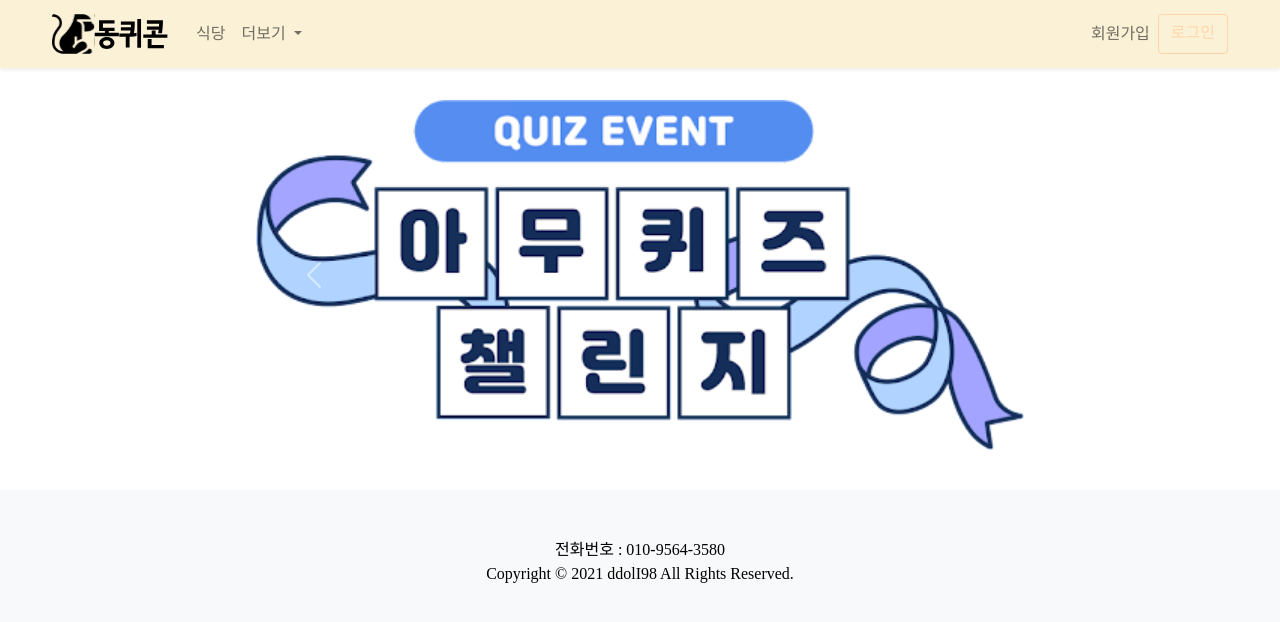
Repository: eogus0512/Quiz_WebProject
Page: http://localhost/Quiz_WebProject/
These files come from the project's save history. The page is drawn as it stood at one moment and after the next save; the edit follows.
The browser window is 1280 px wide. The pictures show the whole page.
Some web fonts or font styles are not loaded; a fallback is used. The page is served by Tomcat 9. Other server files are loaded and not shown.

Above is the page before, as saved 2021-10-27 07:07:47.

### Quiz_WebProject/WebContent/index.jsp
<%@ page language="java" contentType="text/html;charset=UTF-8" pageEncoding="UTF-8" %>
<%@ page import="java.io.PrintWriter"%>
<!DOCTYPE html>
<html>
<head>
    <meta http-equiv="Content-Type" content="text/html"; charset="UTF-8">
    <meta name="viewport" content="width=device-width, initial-scale=1, shrink-to-fit=no">
    <title>동퀴콘</title>
    <link rel="stylesheet" href="./css/bootstrap.min.css">
    <link rel="stylesheet" href="./css/custom.css">
    <link rel="icon" href="./img/favicon.png">
</head>
<body>
<nav class="navbar navbar-expand-lg navbar-light fixed-top shadow-sm" style="background-color: #FAF1D6;">
    <div class="container-xxl d-flex align-items-md-center" style="width:1200px">
        <a class="navbar-brand" href="index.jsp"><img src="./img/mainIcon.svg" class="rounded float-start" width="120"></a>
        <button class="navbar-toggler" type="button" data-bs-toggle="collapse" data-bs-target="#navbarSupportedContent" aria-controls="navbarSupportedContent" aria-expanded="false" aria-label="Toggle navigation">
            <span class="navbar-toggler-icon"></span>
        </button>
        <div class="collapse navbar-collapse" id="navbarSupportedContent">
            <ul class="navbar-nav me-auto mb-2 mb-lg-0">
                <li class="nav-item active">
                    <a class="nav-link" href="index.jsp">식당</a>
                </li>
                <li class="nav-item dropdown">
                    <a class="nav-link dropdown-toggle" href="#" id="navbarDropdown" role="button" data-bs-toggle="dropdown" aria-expanded="false">
                        더보기
                    </a>
                    <ul class="dropdown-menu" aria-labelledby="navbarDropdown" style="background-color: #FAF1D6;">
                        <li><a class="dropdown-item" href="storeInfo.jsp">공지사항</a></li>
                        <li><a class="dropdown-item" href="#">이벤트</a></li>
                        <li><hr class="dropdown-divider"></li>
                        <li><a class="dropdown-item" href="#">신고하기</a></li>
                    </ul>
                </li>
            </ul>
            <%
                String loginID = null;
                String userName = null;
                if(session.getAttribute("loginID") != null) {
                    loginID = (String) session.getAttribute("loginID");
                    userName = (String) session.getAttribute("userName");
                }
                if(loginID == null) {
            %>
            <ul class="navbar-nav d-flex">
                <a class="nav-link" aria-current="page" href="signUp.jsp">회원가입</a>
                <a class="btn btn-outline-warning" href="login.jsp" style="border-color: #FFD6AA; color: #FFD6AA">로그인</a>
            </ul>
            <%
            } else {
            %>
            <ul class="navbar-nav d-flex">
                <li class="nav-item dropdown">
                    <a class="nav-link dropdown-toggle" href="#" id="navbarDropdown" role="button" data-bs-toggle="dropdown" aria-expanded="false">
                        <%=userName %> 님
                    </a>
                    <ul class="dropdown-menu" aria-labelledby="navbarDropdown" style="background-color: #FAF1D6;">
                        <li><a class="dropdown-item" href="myPage.jsp">마이페이지</a></li>
                        <li><a class="dropdown-item" href="#">1:1 문의</a></li>
                        <li><hr class="dropdown-divider"></li>
                        <li><a class="dropdown-item" href="logout.jsp">로그아웃</a></li>
                    </ul>
                </li>
            </ul>
            <%
                }
            %>
        </div>
    </div>
</nav>
<div id="mainSlide" class="carousel slide carousel-fade" data-bs-ride="carousel" style="width:60%; margin: auto; display: flex; margin-bottom:40px; margin-top: 100px; border-radius:100px">
    <div class="carousel-indicators">
        <button type="button" data-bs-target="#mainSlide" data-bs-slide-to="0" class="active" aria-current="true" aria-label="Slide 1"></button>
        <button type="button" data-bs-target="#mainSlide" data-bs-slide-to="1" aria-label="Slide 2"></button>
        <button type="button" data-bs-target="#mainSlide" data-bs-slide-to="2" aria-label="Slide 3"></button>
    </div>
    <div class="carousel-inner">
        <div class="carousel-item active" id="first">
            <img src="./img/quizRandom.png" class="d-block w-100" alt="첫번째">
        </div>
        <div class="carousel-item" id="second">
            <img src="./img/quizRandom.png" class="d-block w-100" alt="두번째">
        </div>
        <div class="carousel-item" id="third">
            <img src="./img/quizRandom.png" class="d-block w-100" alt="세번째">
        </div>
    </div>
    <button class="carousel-control-prev" type="button" data-bs-target="#mainSlide" data-bs-slide="prev">
        <span class="carousel-control-prev-icon" aria-hidden="true"></span>
        <span class="visually-hidden">Previous</span>
    </button>
    <button class="carousel-control-next" type="button" data-bs-target="#mainSlide" data-bs-slide="next">
        <span class="carousel-control-next-icon" aria-hidden="true"></span>
        <span class="visually-hidden">Next</span>
    </button>
</div>
<footer class="bg-light mt-4 p-5 text-center" style="color: #000000;">
    전화번호 : 010-9564-3580<br>
    Copyright &copy; 2021 ddolI98 All Rights Reserved.
</footer>
<script src="./js/jquery.min.js"></script>
<script src="./js/popper.js"></script>
<script src="./js/bootstrap.min.js"></script>
</body>
</html>

### Quiz_WebProject/WebContent/css/custom.css
@import url(https://fonts.googleapis.com/earlyaccess/nanumgothic.css);
.navbar-brand, h1, h2, h3, h4 {
    font-family: 'Nanum Gothic';
}
h5 {
    font-family: 'Nanum Gothic';
    font-size: 18px;
}
body {
    font-family: 'Nanum Gothic';
}

### Quiz_WebProject/WebContent/img/mainIcon.svg
<svg width="566" height="200" viewBox="0 0 566 200" fill="none" xmlns="http://www.w3.org/2000/svg" xmlns:xlink="http://www.w3.org/1999/xlink">
<path d="M295.023 86.0469H267.883V94.625H315.273V110.656H201.508V94.625H249.742V86.0469H222.039V34.1562H294.883V50.3281H240.18V69.875H295.023V86.0469ZM276.18 142.719C276.18 139.062 274.492 136.016 271.117 133.578C267.742 131.141 263.57 129.922 258.602 129.922C253.539 129.922 249.32 131.141 245.945 133.578C242.664 136.016 241.023 139.062 241.023 142.719C241.023 146.375 242.664 149.422 245.945 151.859C249.32 154.297 253.539 155.516 258.602 155.516C263.57 155.516 267.742 154.297 271.117 151.859C274.492 149.422 276.18 146.375 276.18 142.719ZM294.32 142.719C294.32 146.656 293.43 150.406 291.648 153.969C289.867 157.625 287.336 160.812 284.055 163.531C280.773 166.062 276.93 168.031 272.523 169.438C268.117 170.938 263.477 171.688 258.602 171.688C253.633 171.688 248.945 170.938 244.539 169.438C240.133 168.031 236.289 166.062 233.008 163.531C229.82 160.812 227.336 157.625 225.555 153.969C223.773 150.406 222.883 146.656 222.883 142.719C222.883 138.781 223.773 135.031 225.555 131.469C227.336 127.906 229.82 124.812 233.008 122.188C236.289 119.562 240.133 117.547 244.539 116.141C248.945 114.641 253.633 113.891 258.602 113.891C263.477 113.891 268.117 114.641 272.523 116.141C276.93 117.547 280.773 119.562 284.055 122.188C287.336 124.812 289.867 127.906 291.648 131.469C293.43 135.031 294.32 138.781 294.32 142.719ZM324.977 68.3281H371.945C372.227 64.0156 372.367 59.9844 372.367 56.2344H324.977V40.0625H390.508C390.508 54.4062 390.086 66.5 389.242 76.3438C388.68 83.375 387.742 90.0781 386.43 96.4531C390.555 95.9844 394.773 95.375 399.086 94.625V110.094C390.555 111.594 382.352 112.484 374.477 112.766C371.57 112.859 368.758 112.953 366.039 113.047V163.812H347.898V113.188H317.664V97.7188H353.805C357.273 97.7188 362.008 97.6719 368.008 97.5781C368.852 92.9844 369.602 88.3438 370.258 83.6562H324.977V68.3281ZM402.32 165.922V28.9531H420.039V165.922H402.32ZM447.742 64.25H504.555C505.023 56.375 505.258 51.8281 505.258 50.6094H447.742V34.4375H523.398C523.398 44.8438 522.977 55.6719 522.133 66.9219C521.289 78.1719 520.117 88.1562 518.617 96.875H500.617C501.648 91.1562 502.492 85.4844 503.148 79.8594H447.742V64.25ZM430.586 101.797H470.383V83.6562H488.664V101.797H544.352V117.688H430.586V101.797ZM527.758 168.312H451.539V123.453H469.68V152.281H527.758V168.312Z" fill="black"/>
<rect width="200" height="200" fill="url(#pattern0)"/>
<defs>
<pattern id="pattern0" patternContentUnits="objectBoundingBox" width="1" height="1">
<use xlink:href="#image0_306:2" transform="scale(0.00195312)"/>
</pattern>
<image id="image0_306:2" width="512" height="512" xlink:href="data:[embedded picture, 21418 characters]"/>
</defs>
</svg>

Loaded but not shown: Quiz_WebProject/WebContent/css/bootstrap.min.css (library); Quiz_WebProject/WebContent/js/jquery.min.js (library); Quiz_WebProject/WebContent/js/popper.js (library); Quiz_WebProject/WebContent/js/bootstrap.min.js (library)

After the next save:
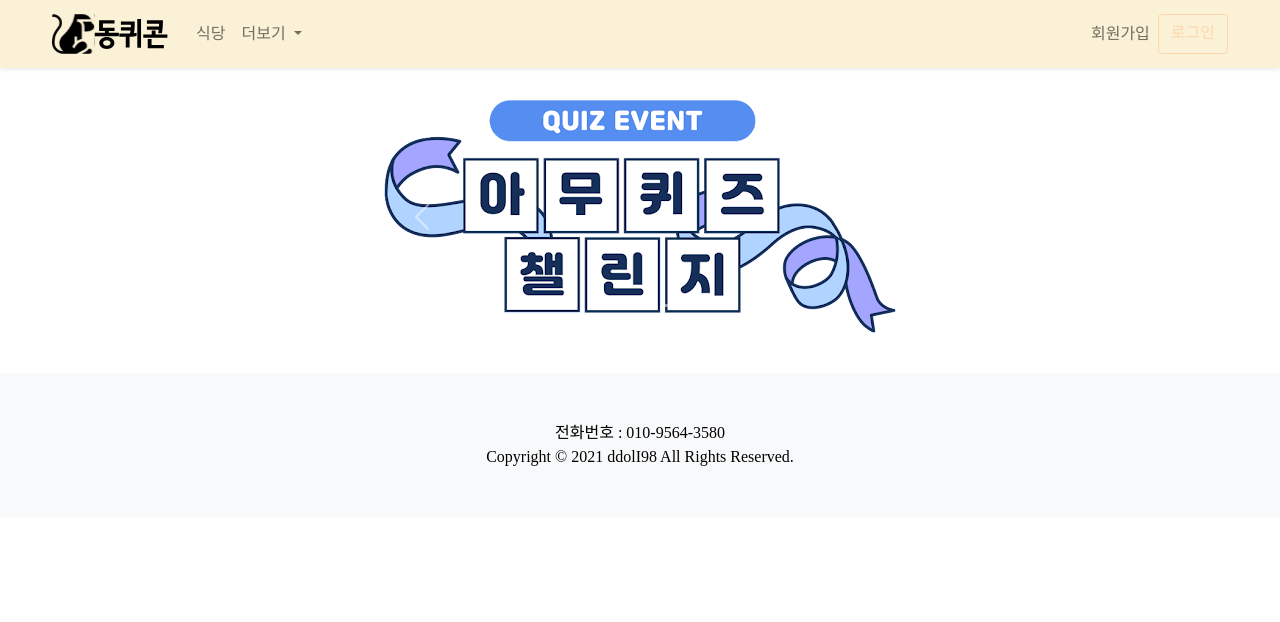
Saved 24 min 33 s later.
--- a/Quiz_WebProject/WebContent/index.jsp
+++ b/Quiz_WebProject/WebContent/index.jsp
@@ -69,7 +69,7 @@
         </div>
     </div>
 </nav>
-<div id="mainSlide" class="carousel slide carousel-fade" data-bs-ride="carousel" style="width:60%; margin: auto; display: flex; margin-bottom:40px; margin-top: 100px; border-radius:100px">
+<div id="mainSlide" class="carousel slide carousel-fade" data-bs-ride="carousel" style="width:40%; margin: auto; display: flex; margin-bottom:40px; margin-top: 100px; border-radius:100px">
     <div class="carousel-indicators">
         <button type="button" data-bs-target="#mainSlide" data-bs-slide-to="0" class="active" aria-current="true" aria-label="Slide 1"></button>
         <button type="button" data-bs-target="#mainSlide" data-bs-slide-to="1" aria-label="Slide 2"></button>
